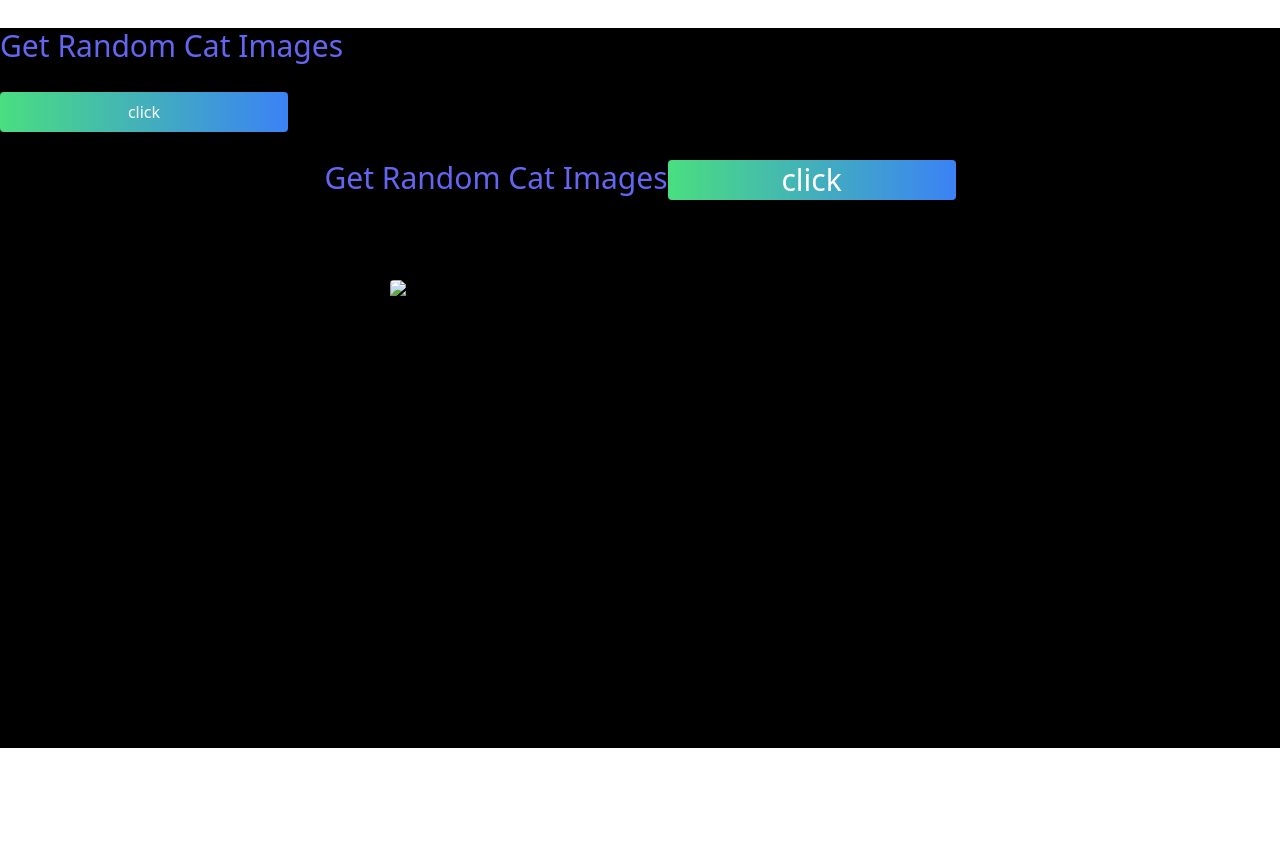
Repository: tentaciones/catMemeGenerator
Page: /
The author's editor kept a copy of each file at every save. The page is drawn from the files as they stood at one save, then again after the next save.
The browser window is 1280 px wide. The pictures show the whole page.
The page's requests for data from a server got no answer. Some web fonts or font styles are not loaded; a fallback is used. The project was rebuilt for these pictures with package versions that can differ from the ones it lists, and the page was loaded fresh each time. No one was signed in, and anything a server would have sent is missing. Also part of the build but not shown: src/components/Navbar.jsx, src/components/Header.jsx, src/components/Post.jsx, src/components/Sidebar.jsx, src/pages/home.jsx.

Above is the page before, as saved 2022-07-07 20:02:28.

### public/index.html
<!DOCTYPE html>
<html lang="en">
  <head>
    <meta charset="utf-8" />
    <link rel="icon" href="%PUBLIC_URL%/favicon.ico" />
    <meta name="viewport" content="width=device-width, initial-scale=1" />
    <meta name="theme-color" content="#000000" />
    <meta
      name="description"
      content="Web site created using create-react-app"
    />
    <link rel="apple-touch-icon" href="%PUBLIC_URL%/logo192.png" />
    <link rel="preconnect" href="https://fonts.googleapis.com" />
    <link rel="preconnect" href="https://fonts.gstatic.com" crossorigin />
    <link
      href="https://fonts.googleapis.com/css2?family=Gentium+Book+Plus:ital@1&family=Rubik+Moonrocks&display=swap"
      rel="stylesheet"
    />
    <link rel="manifest" href="%PUBLIC_URL%/manifest.json" />

    <title>React App</title>
  </head>
  <body>
    <noscript>You need to enable JavaScript to run this app.</noscript>
    <div id="root"></div>
    <!--
      This HTML file is a template.
      If you open it directly in the browser, you will see an empty page.

      You can add webfonts, meta tags, or analytics to this file.
      The build step will place the bundled scripts into the <body> tag.

      To begin the development, run `npm start` or `yarn start`.
      To create a production bundle, use `npm run build` or `yarn build`.
    -->
  </body>
</html>

### src/App.js
import { Navbar } from "./components";
import Home from "./pages/Home";
import Generator from "./pages/Generator";
function App() {
  return (
    <div>
      <Generator />
    </div>
  );
}

export default App;

### src/components/index.js
export { default as Navbar } from "./Navbar";
export { default as Header } from "./Header";
export { default as Post } from "./Post";
export { default as Sidebar } from "./Sidebar";

### src/pages/Generator.jsx
import React, { useEffect, useState } from "react";
import Loading from "../components/Loading";
const Generator = () => {
  const [cat, setCat] = useState("");
  const [done, setDone] = useState(undefined);
  const [loading, setLoading] = useState(undefined);
  const getCat = () => {
    setDone(undefined);
    setLoading(undefined);
    setTimeout(() => {
      fetch("https://aws.random.cat/meow")
        .then((res) => res.json())
        .then((data) => setCat(data.file));
      setLoading(true);
      setTimeout(() => {
        setDone(true);
      }, 1000);
    }, 1200);
  };
  useEffect(() => {
    getCat();
  }, []);

  return (
    <div className="bg-black h-screen">
      <div className="flex-col text-indigo-500 text-3xl justify-center ">
        <div className="mt-7"> Get Random Cat Images</div>
      </div>
      <button
        onClick={getCat}
        className="  bg-gradient-to-r from-green-400 to-blue-500 hover:from-pink-500 hover:to-yellow-500 text-white w-72 h-10 rounded mt-7"
      >
        click
      </button>
      <div className="hidden md:flex justify-center text-indigo-500 text-3xl">
        <div className="mt-7">Get Random Cat Images</div>
        <button
          onClick={getCat}
          className="bg-gradient-to-r from-green-400 to-blue-500 hover:from-pink-500 hover:to-yellow-500 text-white w-72 h-10 rounded mt-7"
        >
          click
        </button>
      </div>

      <div className="hidden md:flex justify-center">
        {!done ? (
          <Loading loading={loading} />
        ) : (
          <img
            src={cat}
            alt="c"
            className="h-[500px] w-[500px] rounded my-20"
          />
        )}
      </div>
    </div>
  );
};

export default Generator;

### src/components/Loading.js
import React from "react";
import Lottie from "react-lottie";
import * as loading from "../46472-lurking-cat.json";
import * as done from "../50465-done.json";

const defaultOptions = {
  loop: true,
  autoplay: true,
  animationData: loading.default,
  rendererSettings: {
    preserveAspectRatio: "xMidYMid slice",
  },
};

const defaultOptions2 = {
  loop: false,
  autoplay: true,
  animationData: done.default,
  rendererSettings: {
    preserveAspectRatio: "xMidYMid slice",
  },
};

const Loading = ({ loading }) => {
  console.log(loading);
  return (
    <div>
      {!loading ? (
        <Lottie options={defaultOptions} height={120} width={120} />
      ) : (
        <Lottie options={defaultOptions2} height={120} width={120} />
      )}
    </div>
  );
};

export default Loading;

Loaded but not shown: src/index.js (common file); src/index.css (common file); src/reportWebVitals.js (common file); src/46472-lurking-cat.json (common file); src/50465-done.json (common file); tailwind.config.js (common file)

After the next save:
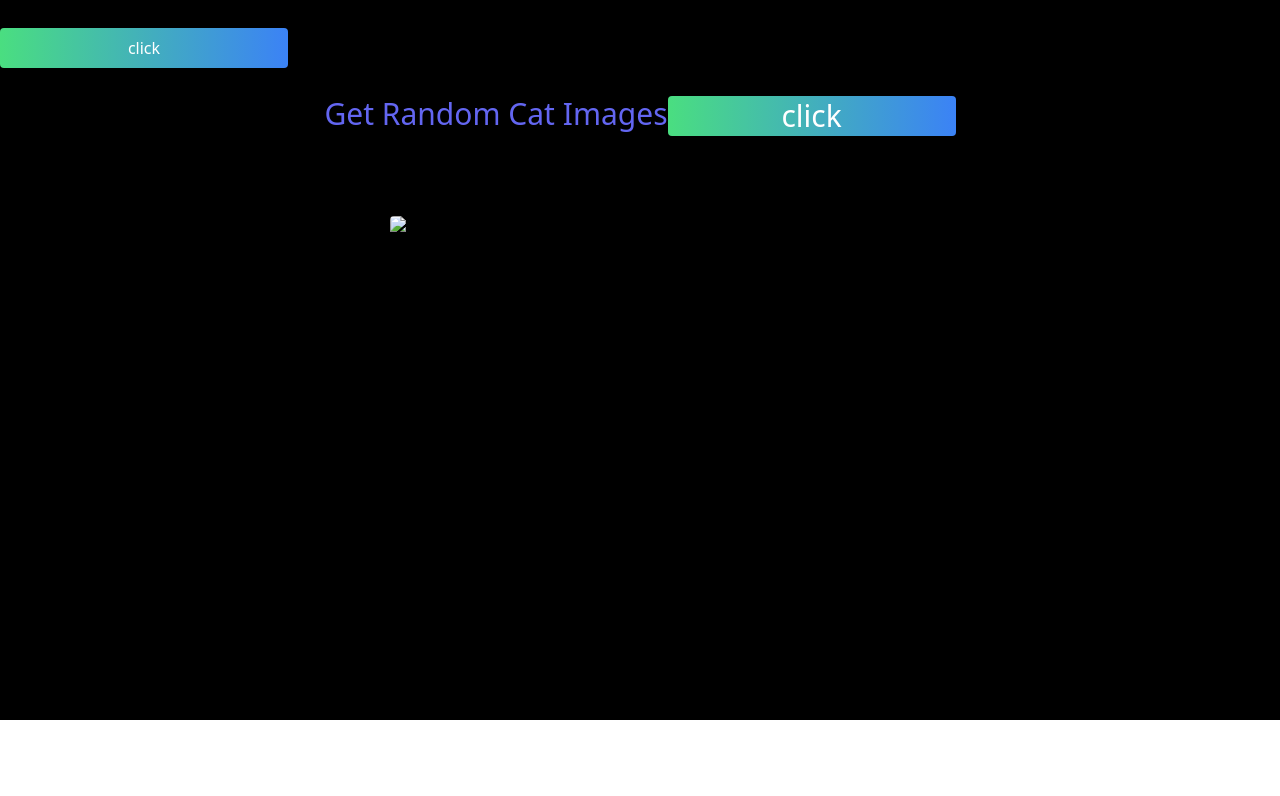
Saved 33 s later.
--- a/src/pages/Generator.jsx
+++ b/src/pages/Generator.jsx
@@ -23,7 +23,7 @@
 
   return (
     <div className="bg-black h-screen">
-      <div className="flex-col text-indigo-500 text-3xl justify-center ">
+      <div className="flex-col text-indigo-500 text-3xl justify-center md:hidden">
         <div className="mt-7"> Get Random Cat Images</div>
       </div>
       <button
